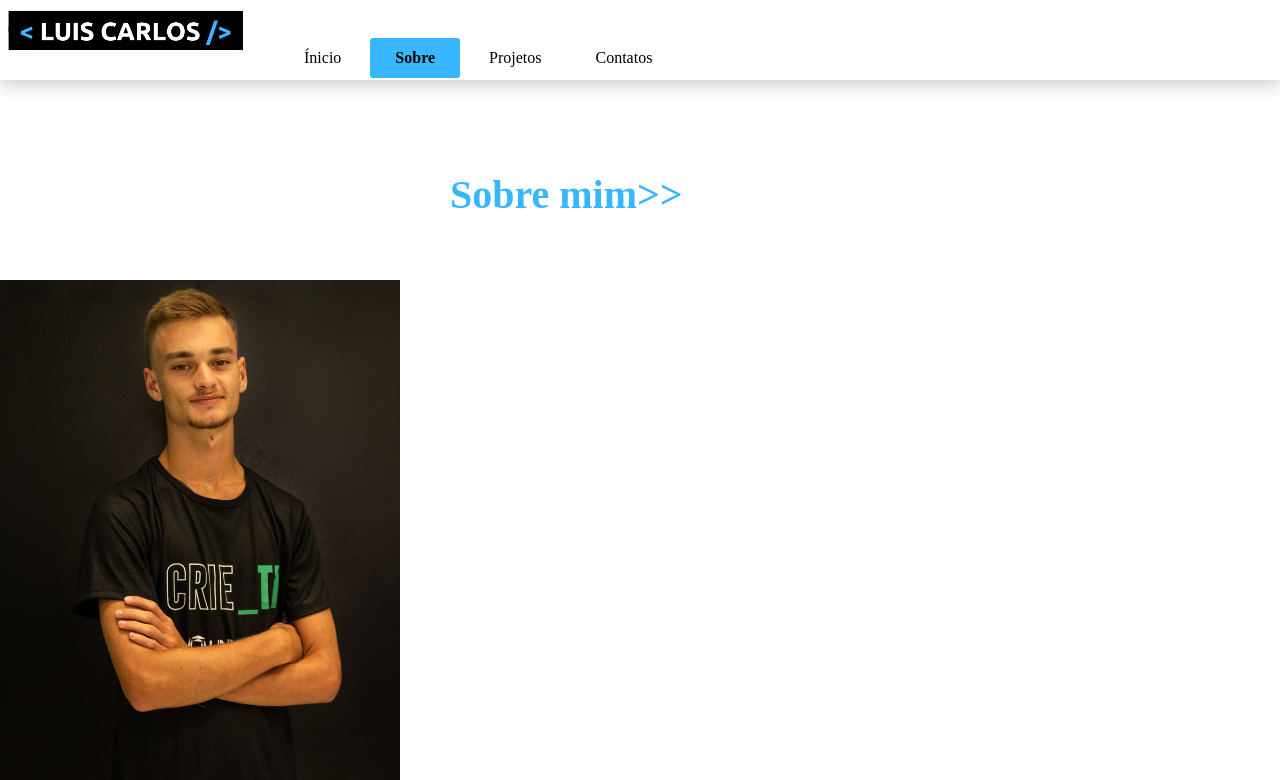
Repository: Iluiscarlos/SitePortifolio
Page: about.html
The author's editor kept a copy of each file at every save. The page is drawn from the files as they stood at one save, then again after the next save.
The browser window is 1280 px wide. The pictures show the whole page.
Some web libraries are served in a nearby version.

Above is the page before, as saved 2022-05-23 22:11:47.

### about.html
<!DOCTYPE html>
<html lang="pt-BR">

<head>
    <meta charset="UTF-8">
    <meta name="viewport" content="width=device-width, initial-scale=1.0">
    <meta http-equiv="X-UA-Compatible" content="ie=edge">
    <title>Luís Carlos</title>
    <link rel="stylesheet" href="Styles/base/reset.css">
    <link rel="stylesheet" href="Styles/base/variables.css">
    <link rel="stylesheet" href="Styles/base/base.css">
    <link rel="stylesheet" href="Styles/layout/header.css">
    <link rel="stylesheet" href="Styles/layout/about.css">
    <script src="https://kit.fontawesome.com/2c48374459.js" crossorigin="anonymous"></script>
    <link rel="preconnect" href="https://fonts.googleapis.com">
    <link rel="preconnect" href="https://fonts.gstatic.com" crossorigin>
    <link href="https://fonts.googleapis.com/css2?family=Poppins&display=swap" rel="stylesheet">
</head>

<body>
    <header class="header">
        <img src="icons/logo.png" class="header__logo">
        <nav class="menu__item">
            <a href="index.html" class="menu__item">Ínicio</a>
            <a href="about.html" target="_self" class=" menu__item menu__item--active">Sobre</a>
            <a href="#" class="menu__item">Projetos</a>
            <a href="#" class="menu__item">Contatos</a>
        </nav>
    </header>
    <section class="about">
        <img src="photos/About.jpg" class="about__photo">

        <div class="about__content">
            <h1 class="about__tittle">Sobre mim>></h1>
        </div>
    </section>
</body>
</html>

### Styles/base/variables.css
:root{
    --color-red: #F41B3B;
    --color-green: #1EBC99;
    --color-blue: #38b6ff;
    --color-blue1: #0058dd;
    --color-purple:#6b009d;
    --color-yellow: #F9CC0D;
    --color-white: #ffffff;
    --color-black: #000000;
    --color-black1: #333;
    --color-darken-gray: #363536;
    --color-light-gray: #807E81;
    --color-gray: #4f4e50;
    --color-fa: #fafafa;
    --color-ea: #eaeaea;
    --color-cece: #cecece;

--font-family-Roboto:"Roboto Flex", 'Sans serif';
--font-size-default: 16px;
--border-radius-default:3px;

--font-family-primary: var(--font-family-Roboto);
}

### Styles/base/base.css
body {
    font-family: var(--font-family-primary);
    font-size: var(--font-size-default);
    background-color:  var(--color-white);
    color: var(--color-black1);
}


.divisor{
    size: 1;
    width: 100%;
}

.container {
    width: 1100px;
    max-width: 100%;
    margin-left: auto;
    margin-right: auto;
    margin-bottom: 60px;
  }

### Styles/layout/header.css
.header{
    position: fixed;
    height: 80px;
    font-size: 16px;
    background-color: var(--color-white);
    box-shadow: 0 5px 1em #cecece;
    top: 0;
    left: 0;
    right: 0;
}

.header .container{
    display: flex;
    align-items: center;
    height: 100%;
}
.menu__item{
    display: inline-block;
    padding: 0 25px 0;
    text-decoration: none;
    /*border-right: 2px solid var(--color-blue);*/
    color: var(--color-black);
    margin-left: auto;
}

.menu__item--active{
    color: var(--color-black);
    display: inline-block;
    text-align: center;
    font-weight: bold;
    line-height: 40px;
    border-radius: 3px;
    background: var(--color-blue);
}

/*.menu__item:last-child{
    border-right: none;
}*/

.header__logo{
    width: 250px;
}


@media only screen and (max-width: 480px){
    .header{
    display: block;
    position: fixed;
    top: 60px;
    left: 0;
    right: 0;
    bottom: 0;
    background-color: pink;
    transform: translateX(-100%);

}


    .header__menu::-webkit-scrollbar{
        width: 0;
        height: 0;
    }

    .menu__item{
        display: block;
        margin: 20px 0;
    }

}

### Styles/layout/about.css
.about{
    display: flex;
}

.about__photo{
    width: 400px;
    height: 500px;
    padding-top: 280px;
    padding-right: 50px;
    vertical-align: middle;
    object-fit: cover;
}


.about__tittle{
    color: var(--color-blue);
    font-size: 40px;
    font-weight:900;
    padding-top: 140px;
    text-align: end;
}


.about__content{
    font-family: var(--font-family-primary);
    font-size: 18px;
    padding-top: 30px;
    text-align: justify;
    line-height: 1.25;
}


a{
    text-decoration: none;
}

.bold__blue{
    font-weight: bold;
    color: var(--color-blue);
}

.bold__black{
    font-weight: bold;
    color: var(--color-black);
}


.experience{
    display: flex;
    flex-direction: column;
}

.subtitle{
    color: var(--color-blue);
    font-size: 40px;
    font-weight:500;
    padding-top: 25px;
    text-align: center;
    vertical-align:top;
}

.experience__list{
    text-align: justify;
    font-size: 18px;
    font-weight: 400;
    line-height: 25px;
}

.experience__edu{
    text-align: justify;
    font-size: 18px;
    font-weight: 400;
    line-height: 25px;
}

Loaded but not shown: Styles/base/reset.css (common file)

After the next save:
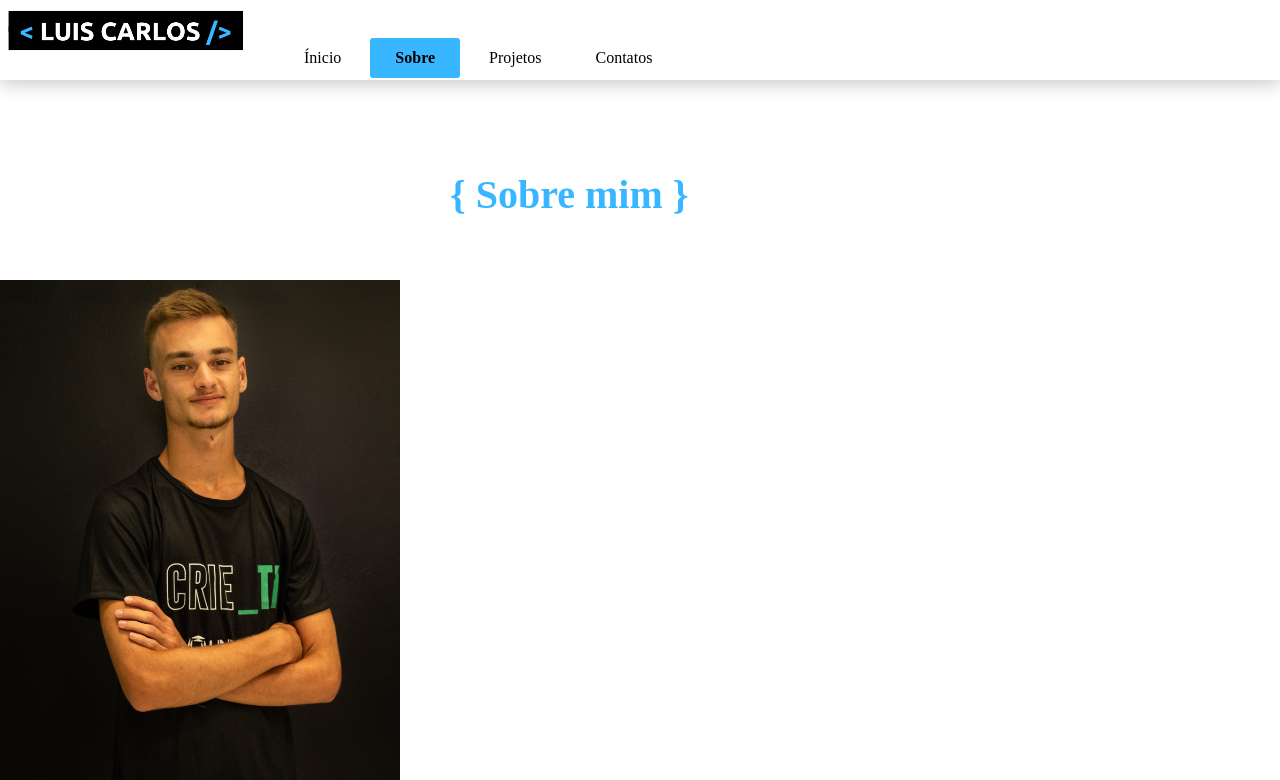
Saved 14 s later.
--- a/about.html
+++ b/about.html
@@ -31,7 +31,7 @@
         <img src="photos/About.jpg" class="about__photo">
 
         <div class="about__content">
-            <h1 class="about__tittle">Sobre mim>></h1>
+            <h1 class="about__tittle">{ Sobre mim }</h1>
         </div>
     </section>
 </body>
